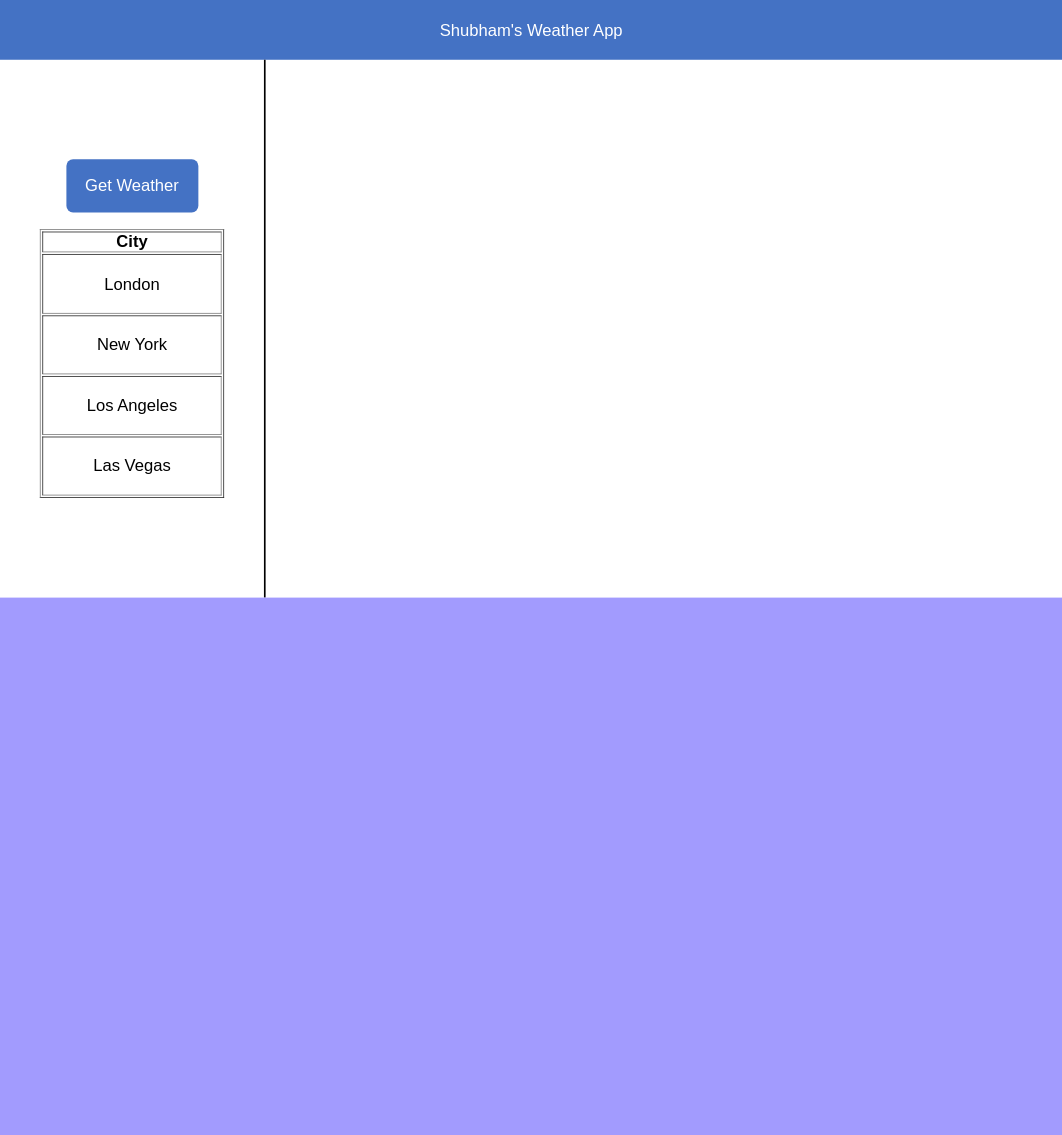
Repository: hey-shubham/WeatherAPI
Page: index.html
An editor plug-in stored every save of this project. The page is shown before and after a run of saves, followed by the edit.
The browser window is 1280 px wide. The pictures show the whole page, at 83% of full size.

Above is the page before, as saved 2022-03-28 20:59:14.

After the next 2 saves:
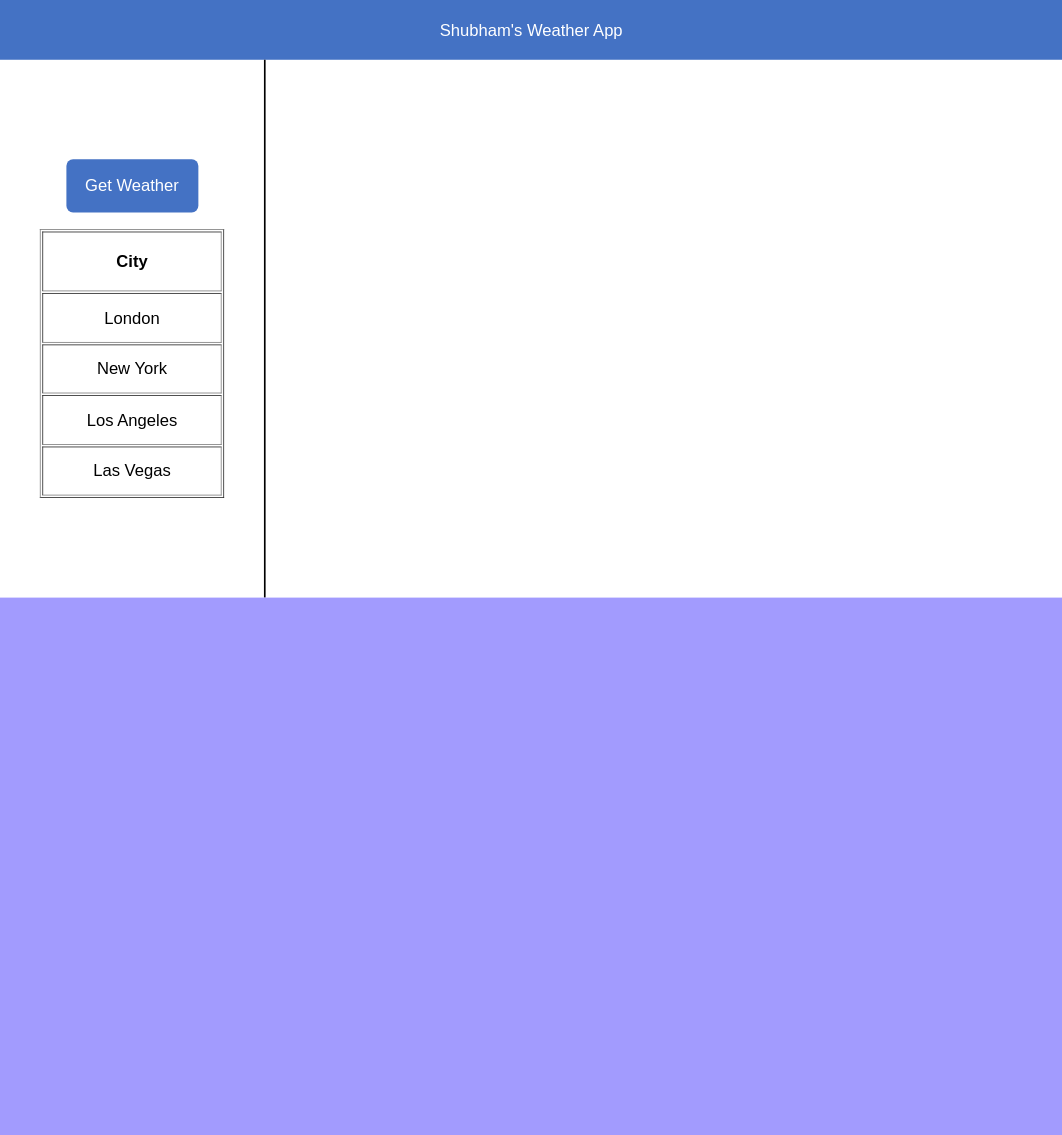
The 2 saves are shown as one change because they came seconds apart.
The last was saved 46 s later.
--- a/style.css
+++ b/style.css
@@ -46,7 +46,7 @@ aside table{
     width: 70%;
 }
 aside th {
-    height: 50;
+    height: 10vh;
 }
 aside td{
     text-align: center;
